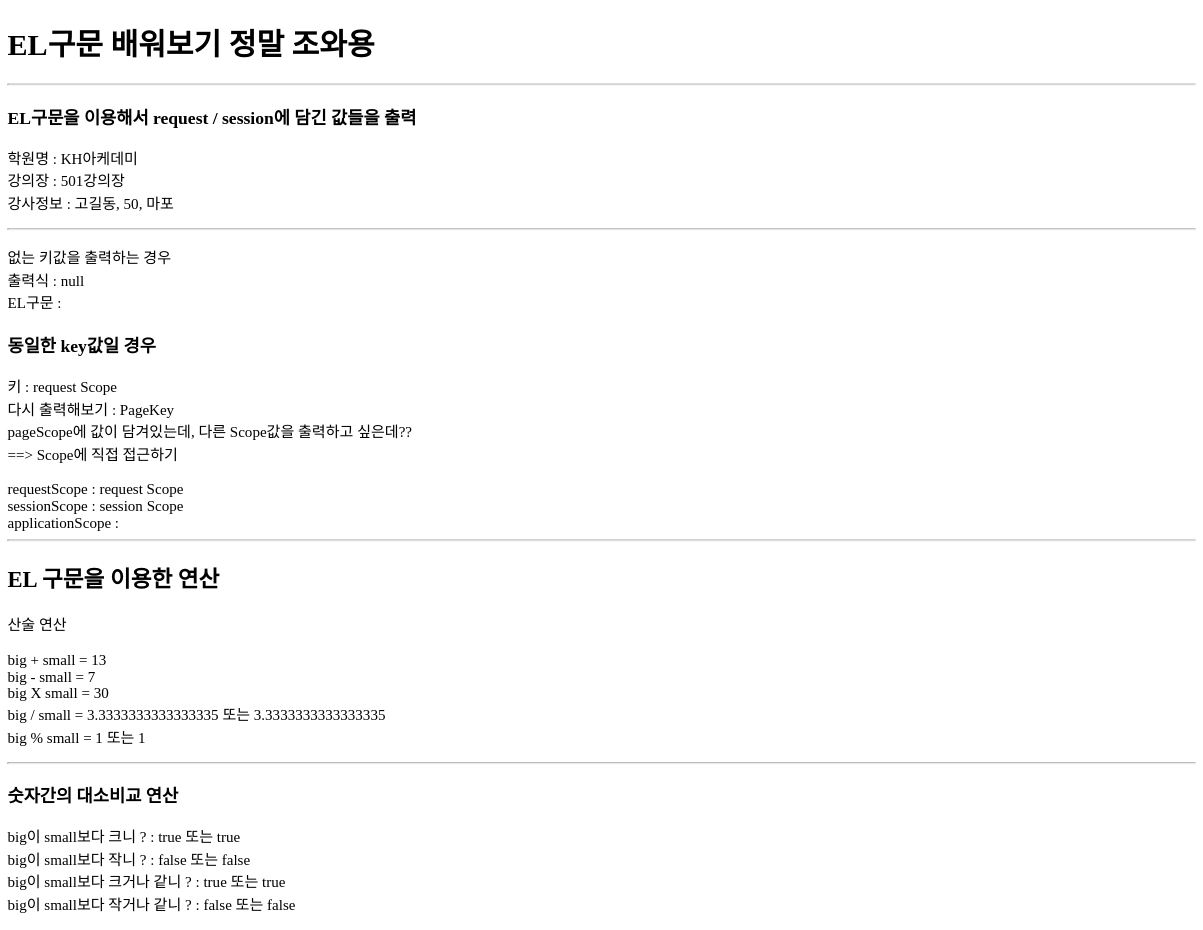
Repository: ghksl0204-shapa/dynamic-web
Page: http://localhost/ActionProject/el.do
These files come from the project's save history. The page is drawn as it stood at one moment and after the next save; the edit follows.
The browser window is 1280 px wide. The pictures show the whole page, at 94% of full size.
The page is served by Tomcat 9.

Above is the page before, as saved 2026-05-06 06:32:41.

After the next save:
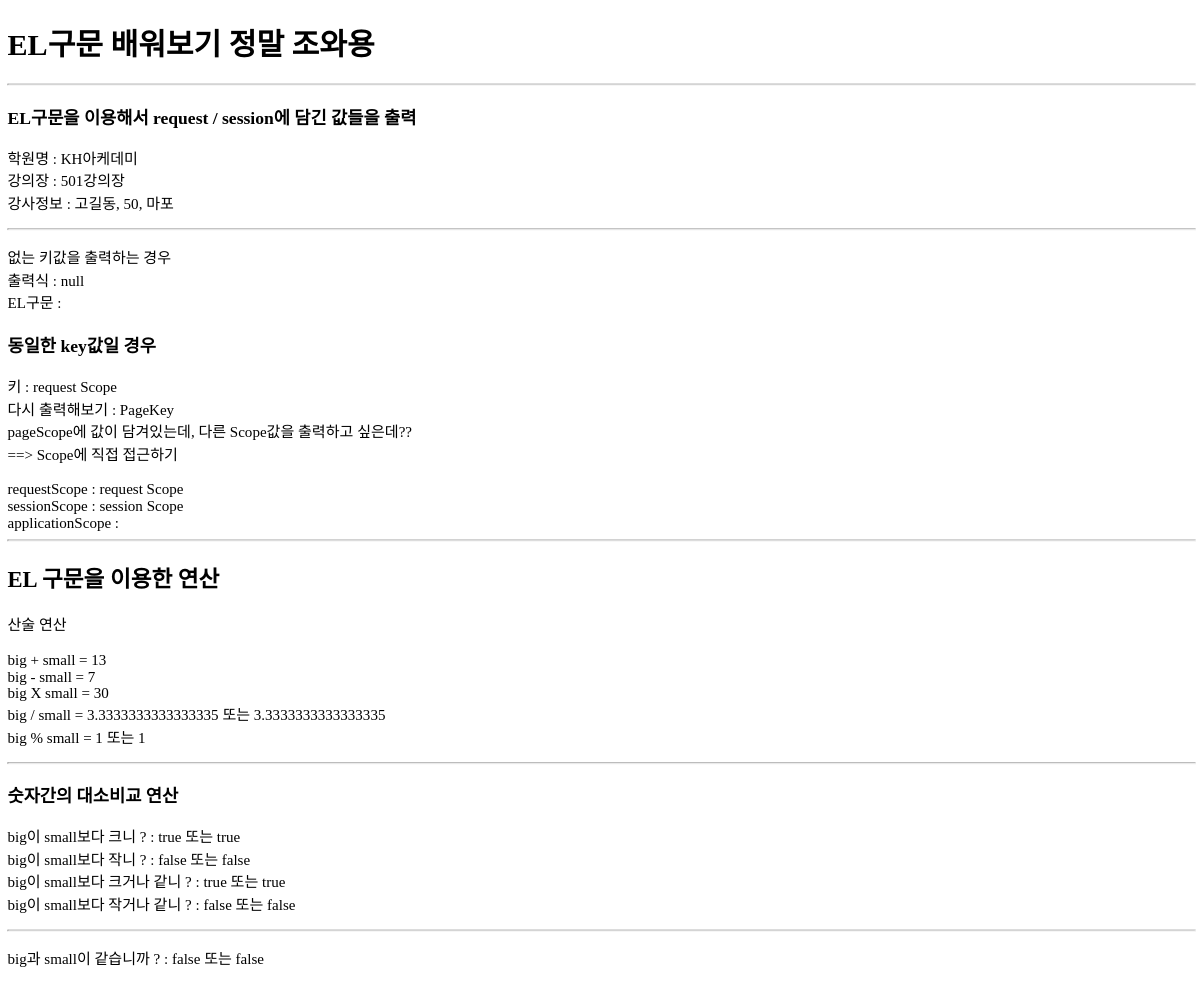
Saved 94 s later.
--- a/ActionProject/src/main/webapp/WEB-INF/views/01_el.jsp
+++ b/ActionProject/src/main/webapp/WEB-INF/views/01_el.jsp
@@ -113,6 +113,14 @@
 	 	big이 small보다 작거나 같니 ? : ${ big <= small } 또는 ${ big le small }<br>
 	 </p>
 
+	 <hr>
+
+	 <p>
+	 	big과 small이 같습니까 ? : ${ big == small } 또는 ${ big eq small }
+
+	 </p>
+
+
 
 
 
